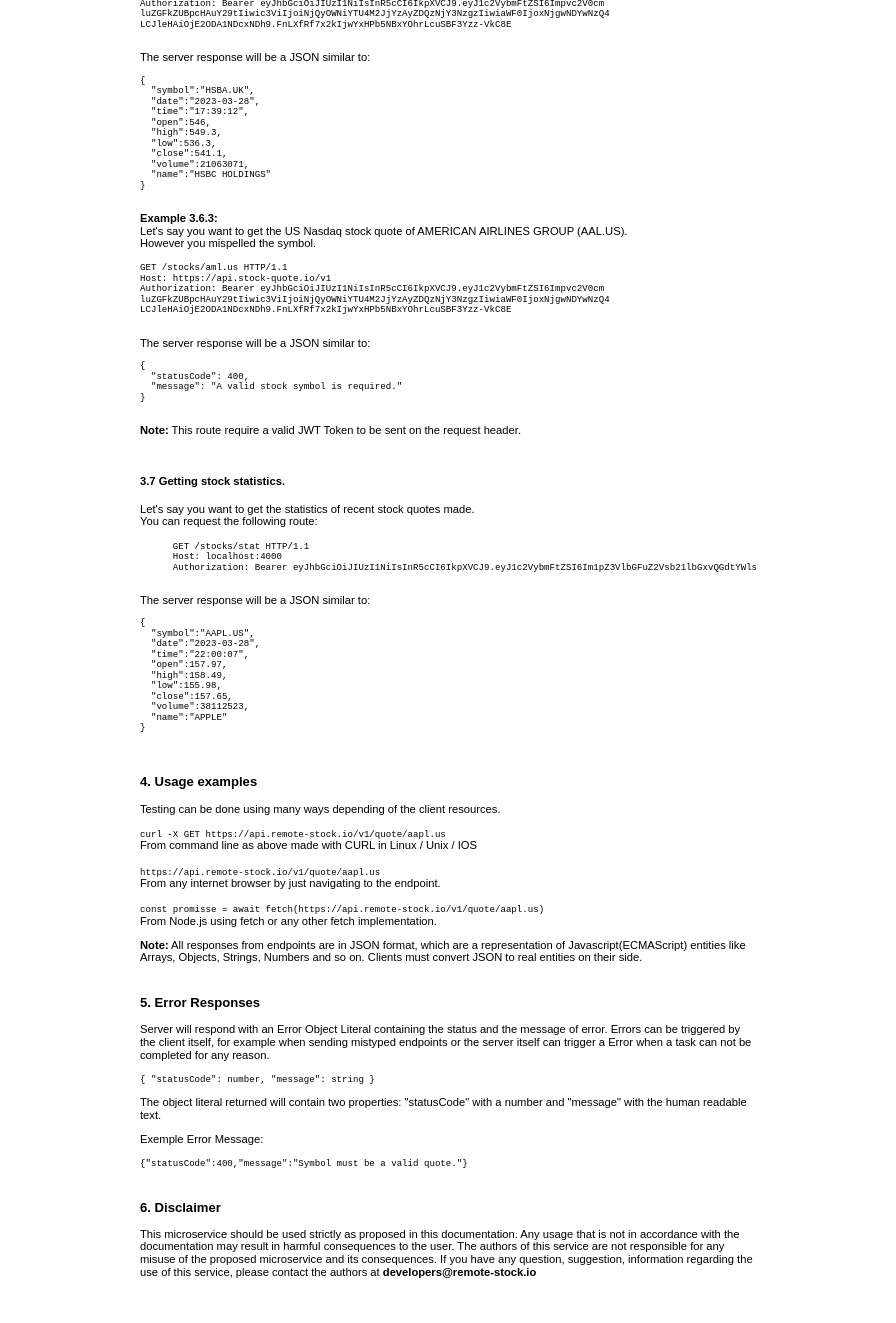
Repository: miguelamello/nest-js
Page: stock-service/documentation.html
The author's editor kept a copy of each file at every save. The page is drawn from the files as they stood at one save, then again after a run of saves.
The browser window is 1280 px wide. The pictures show the part of the page from y = 4105 to 6025 px (the page is 5995 px tall before and 6025 px after), at 70% of full size.

Above is the page before, as saved 2023-04-03 11:23:36.

After the next 2 saves:
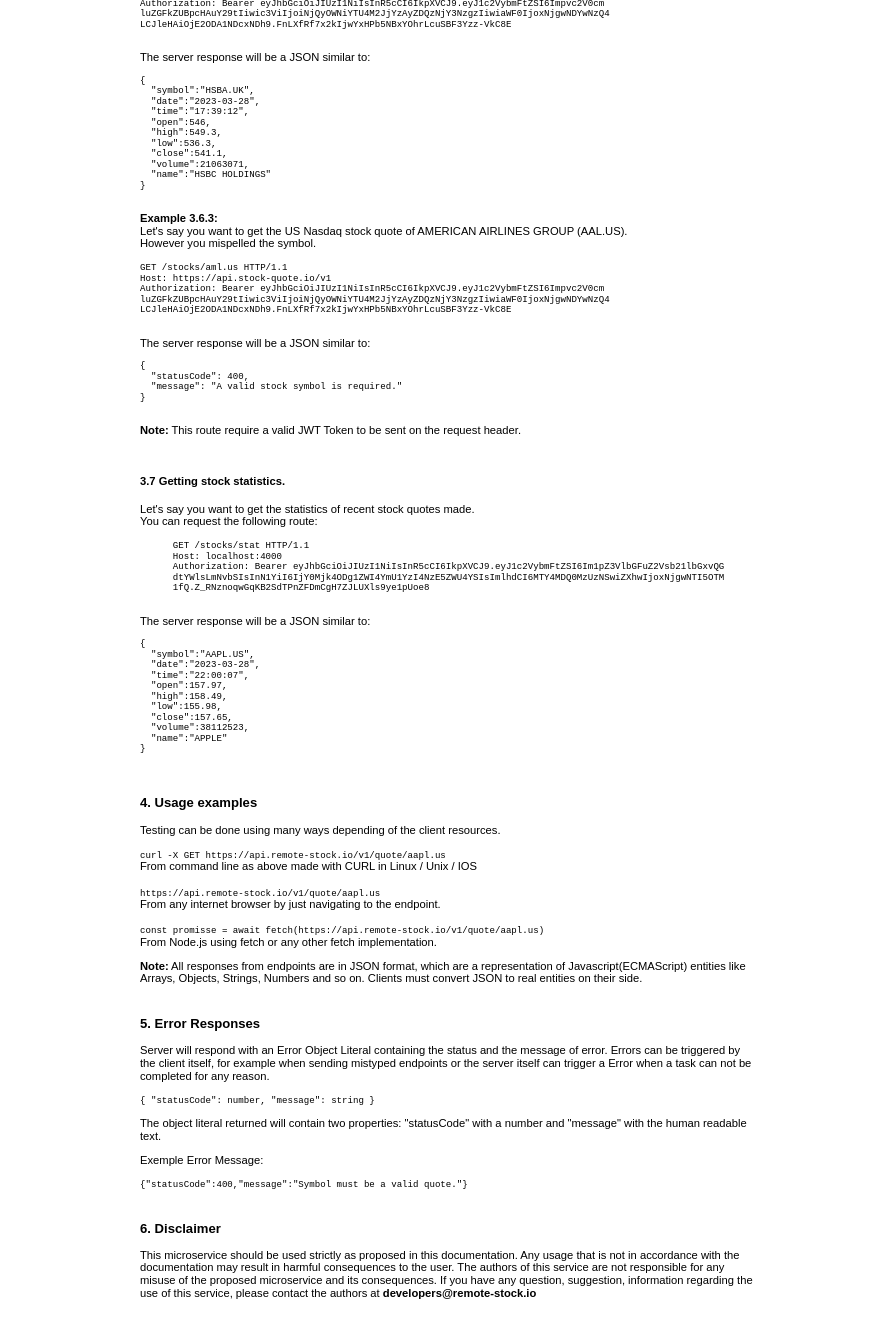
The 2 saves are shown as one change because they came seconds apart.
The last was saved 7 s later.
--- a/stock-service/documentation.html
+++ b/stock-service/documentation.html
@@ -364,7 +364,9 @@ LCJleHAiOjE2ODA1NDcxNDh9.FnLXfRf7x2kIjwYxHPb5NBxYOhrLcuSBF3Yzz-VkC8E
     <pre>
       GET /stocks/stat HTTP/1.1
       Host: localhost:4000
-      Authorization: Bearer eyJhbGciOiJIUzI1NiIsInR5cCI6IkpXVCJ9.eyJ1c2VybmFtZSI6Im1pZ3VlbGFuZ2Vsb21lbGxvQGdtYWlsLmNvbSIsInN1YiI6IjY0Mjk4ODg1ZWI4YmU1YzI4NzE5ZWU4YSIsImlhdCI6MTY4MDQ0MzUzNSwiZXhwIjoxNjgwNTI5OTM1fQ.Z_RNznoqwGqKB2SdTPnZFDmCgH7ZJLUXls9ye1pUoe8
+      Authorization: Bearer eyJhbGciOiJIUzI1NiIsInR5cCI6IkpXVCJ9.eyJ1c2VybmFtZSI6Im1pZ3VlbGFuZ2Vsb21lbGxvQG
+      dtYWlsLmNvbSIsInN1YiI6IjY0Mjk4ODg1ZWI4YmU1YzI4NzE5ZWU4YSIsImlhdCI6MTY4MDQ0MzUzNSwiZXhwIjoxNjgwNTI5OTM
+      1fQ.Z_RNznoqwGqKB2SdTPnZFDmCgH7ZJLUXls9ye1pUoe8
     </pre>
 
     <p>The server response will be a JSON similar to:</p>
